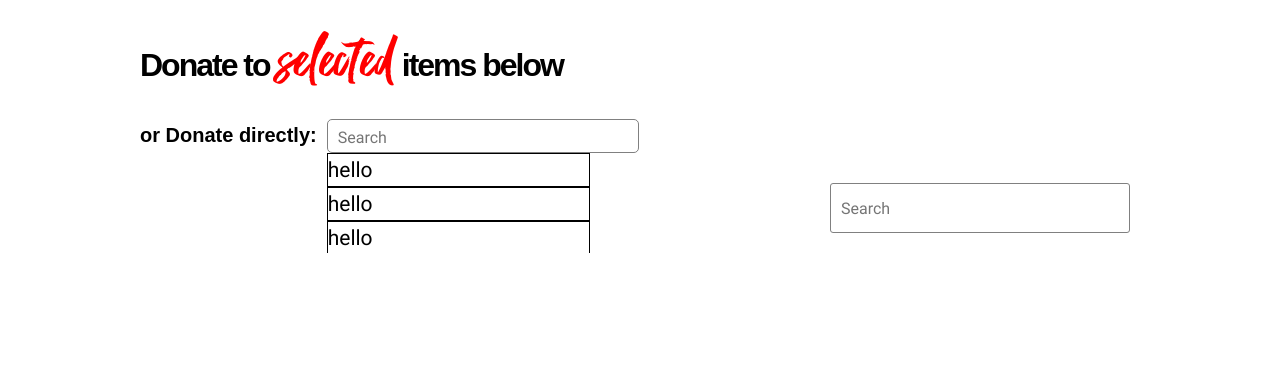
Repository: David-Waite/edableStyleChanges
Page: /
An editor plug-in stored every save of this project. The page is shown before and after the next save, followed by the edit.
The browser window is 1280 px wide. The pictures show the whole page.
The project was rebuilt for these pictures with package versions that can differ from the ones it lists, and the page was loaded fresh each time. Also part of the build but not shown: src/components/Item/ProgressBar.css, src/components/Volunteer/Volunteer.tsx, src/components/DonorForm/Message.css, src/components/Volunteer/VolunteerError.tsx, src/components/Default.tsx, src/components/DonorForm/Paypal.tsx, src/components/DonorForm/DonorForm.tsx, src/components/DonorForm/PastDonations.css and 8 more.

Above is the page before, as saved 2022-11-09 19:43:50.

After the next save:
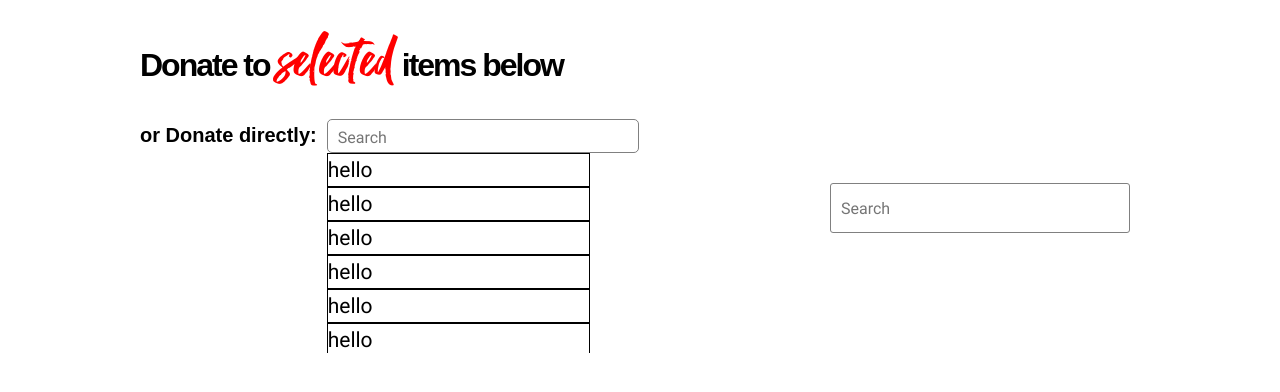
Saved 5 s later.
--- a/src/components/Landing/Landing.css
+++ b/src/components/Landing/Landing.css
@@ -62,7 +62,7 @@
 
 .orgNameCon {
   position: absolute;
-  max-height: 100px;
+  max-height: 200px;
   overflow: scroll;
 }
 .orgName {
